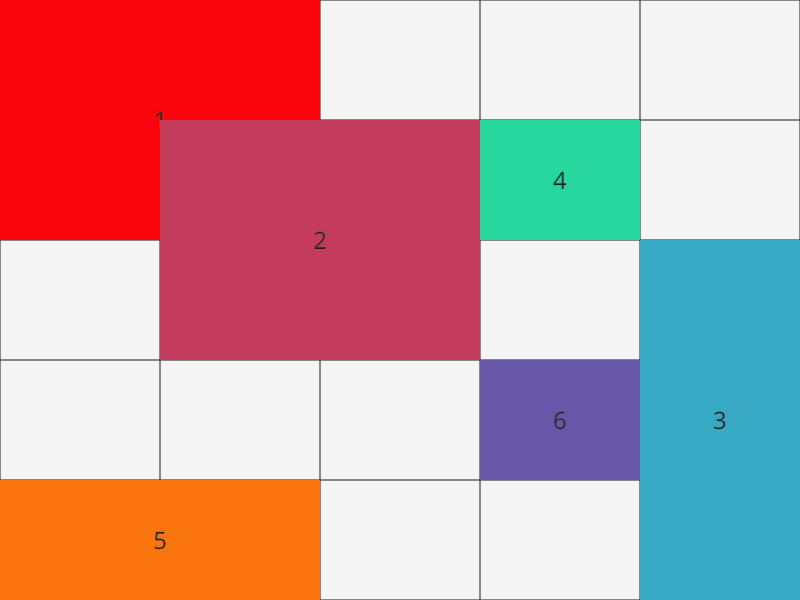
Repository: fredoluzjr/Java-Udemy
Program's window: java Workspace/exercicios-javafx/src/layout/AppLayout.java
An editor plug-in stored every save of this project. The program's window is shown before and after the next save, followed by the edit.
It runs on Java 21 on a 1366 x 768 screen with JavaFX 11; the title bar is not drawn.

Above is the program's window before, as saved 2021-07-08 23:32:45.

After the next save:
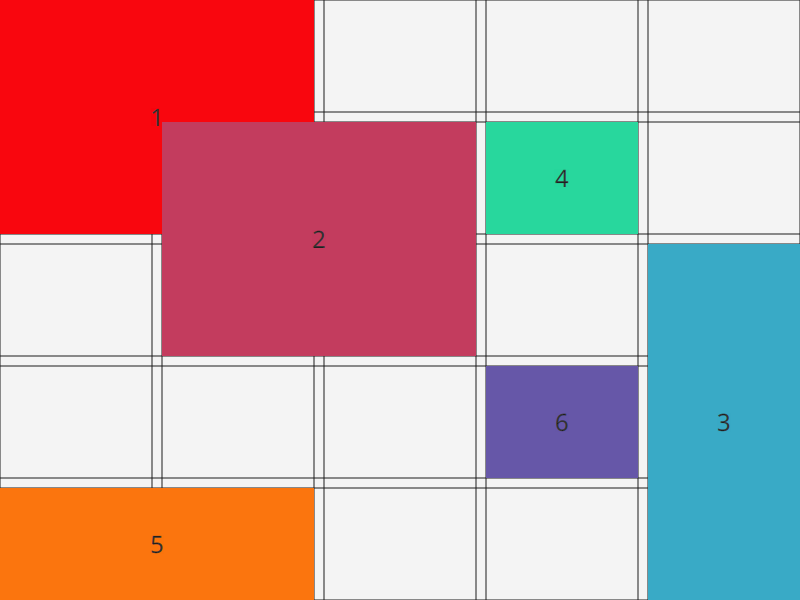
Saved 24 s later.
--- a/Workspace/exercicios-javafx/src/layout/TesteGridPane.java
+++ b/Workspace/exercicios-javafx/src/layout/TesteGridPane.java
@@ -19,6 +19,9 @@
 
 		getColumnConstraints().addAll(cc(), cc(), cc(), cc(), cc());
 		getRowConstraints().addAll(rc(), rc(), rc(), rc(), rc());
+
+		setVgap(10);
+		setHgap(10);
 
 		add(c1, 0, 0, 2, 2);
 		add(c2, 1, 1, 2, 2);
